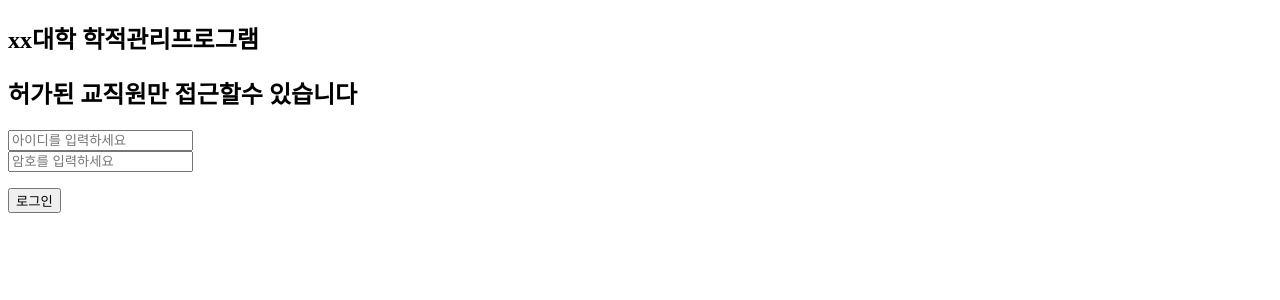
Repository: KangJinSol/jsp
Page: http://localhost/StudentProject/university_login.jsp
The author's editor kept a copy of each file at every save. The page is drawn from the files as they stood at one save, then again after the next save.
The browser window is 1280 px wide. The pictures show the whole page.
The page is served by Tomcat 9.

Above is the page before, as saved 2021-01-22 09:38:50.

After the next save:
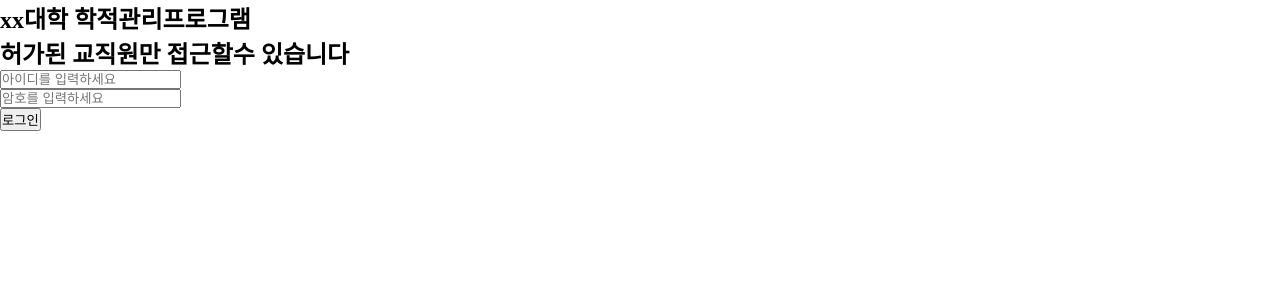
Saved 71 s later.
--- a/jsp/StudentProject/WebContent/university_login.jsp
+++ b/jsp/StudentProject/WebContent/university_login.jsp
@@ -5,9 +5,14 @@
 <head>
 <meta charset="UTF-8">
 <title>로그인</title>
+<style type="text/css">
+	*{
+		margin: 0;
+		padding: 0;
+	}
+</style>
 </head>
 <body>
-
 	<div class="container">
 		<h2>xx대학 학적관리프로그램</h2>
 		<h2>허가된 교직원만 접근할수 있습니다</h2>
